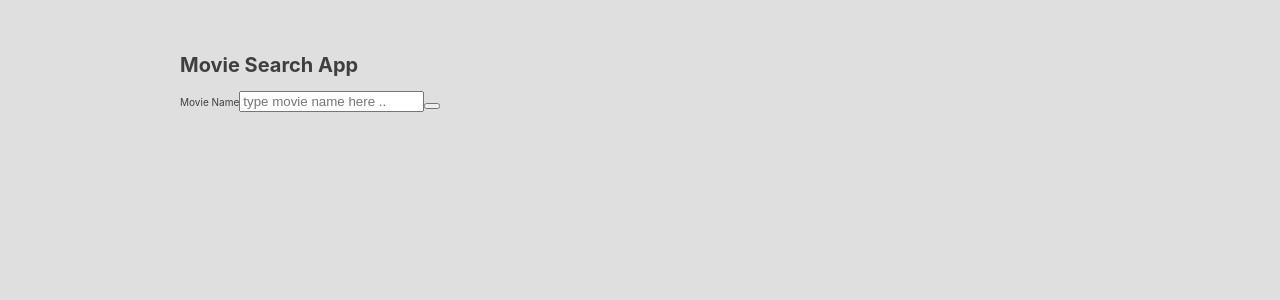
Repository: alialshara94/Movies-Search-React
Page: /
The author's editor kept a copy of each file at every save. The page is drawn from the files as they stood at one save, then again after the next save.
The browser window is 1280 px wide. The pictures show the whole page.
The project was rebuilt for these pictures with package versions that can differ from the ones it lists, and the page was loaded fresh each time.

Above is the page before, as saved 2020-10-21 02:23:51.

After the next save:
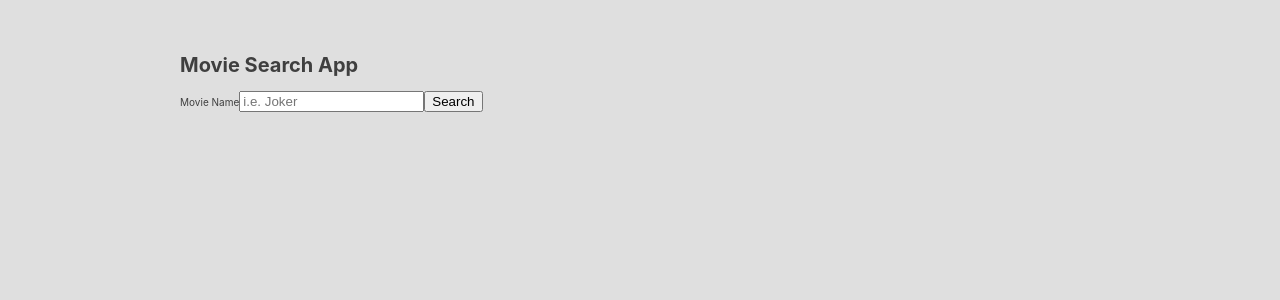
Saved 3 min 32 s later.
--- a/src/components/SearchMovies.js
+++ b/src/components/SearchMovies.js
@@ -1,16 +1,12 @@
 import React from 'react';
 
-//to create the SearchMovies component
-//form with a class of form
-//label with htmlFor="query" and a class of Label
-//input of type text with a name of "query" and a placeholder
-//button class of button and a type of submit
+
 const SearchMovies = () => {
     return(
         <form className="form">
             <label htmlFor="query" className="Label">Movie Name</label>
-            <input type="text" name="query" placeholder="type movie name here .. "/>
-            <button type="submit" className="button"></button>
+            <input className="input" type="text" name="query" placeholder="i.e. Joker"/>
+            <button type="submit" className="button">Search</button>
         </form>
     );
 }
